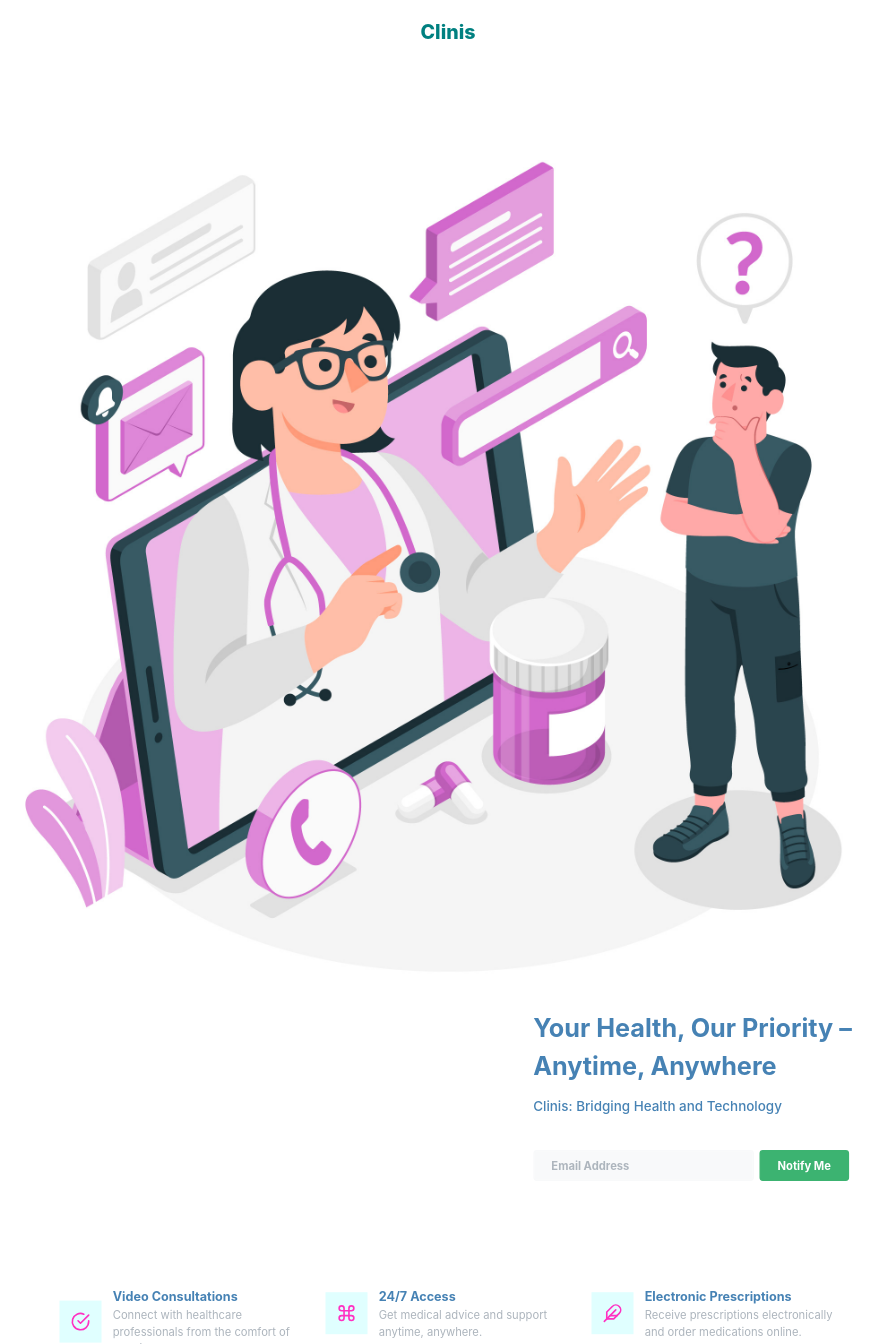
Repository: Rupak09/demo1
Page: index.html
The author's editor kept a copy of each file at every save. The page is drawn from the files as they stood at one save, then again after the next save.
The browser window is 1280 px wide. The pictures show the part of the page from y = 0 to 1920 px (the page is 2623 px tall before and 1373 px after), at 70% of full size.
Some web fonts or font styles are not loaded; a fallback is used. Some web libraries are served in a nearby version.

Above is the page before, as saved 2024-12-28 14:24:29.

After the next save:
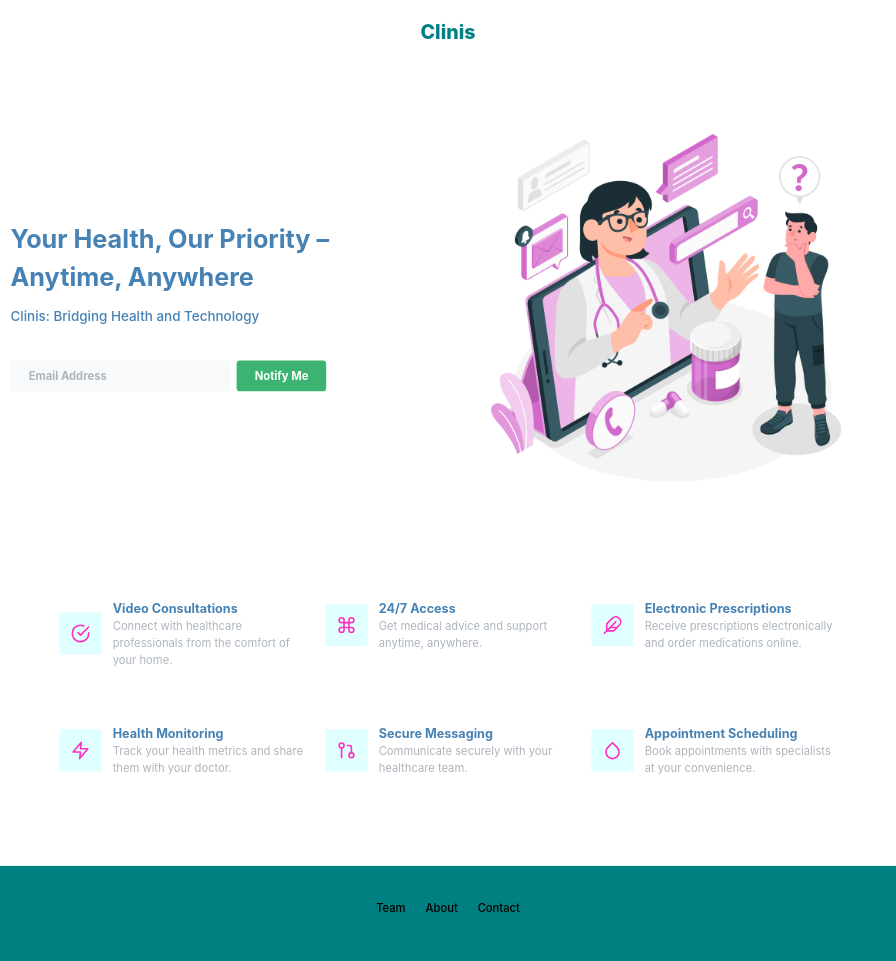
Saved 2 min 16 s later.
--- a/index.html
+++ b/index.html
@@ -47,6 +47,21 @@
         a:hover {
             color: #20b2aa; /* Light Sea Green */
         }
+        @media (max-width: 768px) {
+            h1 {
+                font-size: 1.8rem;
+            }
+            .lead {
+                font-size: 1rem;
+            }
+            .form-inline {
+                flex-direction: column;
+            }
+            .form-inline .form-group, .form-inline .btn-primary {
+                width: 100%;
+                margin-bottom: 0.5rem;
+            }
+        }
     </style>
 </head>
 <body>
@@ -60,21 +75,21 @@
             </div>
         </div>
         <div class="row mt-6">
-            <div class="col-md-5 ml-md-auto my-md-auto order-2 order-md-1">
+            <div class="col-md-6 order-2 order-md-1 my-auto">
                 <h1>Your Health, Our Priority – Anytime, Anywhere</h1>
                 <p class="lead mb-5">
                     Clinis: Bridging Health and Technology
                 </p>
                 <form class="form-inline">
-                    <div class="form-group mr-2 mb-2">
+                    <div class="form-group mr-md-2 mb-2 mb-md-0">
                         <label for="email" class="sr-only">Email</label>
                         <input type="email" class="form-control" id="email" placeholder="Email Address">
                     </div>
-                    <button type="submit" class="btn btn-primary mb-2">Notify Me</button>
+                    <button type="submit" class="btn btn-primary">Notify Me</button>
                 </form>
             </div>
-            <!-- <div class="col-md-6 my-md-auto pb-5 pb-md-0 order-1 order-md-2"> -->
-                <img alt="Mockup" class="img-fluid d-block mx-auto" src="img/mockup.jpg"/>
+            <div class="col-md-6 order-1 order-md-2">
+                <img alt="Mockup" class="img-fluid mx-auto d-block" src="img/mockup.jpg" style="max-width: 90%;">
             </div>
         </div>
     </div>
@@ -161,21 +176,6 @@
                         <div class="sub-title">Book appointments with specialists at your convenience.</div>
                     </div>
                 </div>
-            </div>
-        </div>
-    </div>
-</section>
-
-<!-- Used By Section -->
-<section class="pt-5 pb-7">
-    <div class="container">
-        <div class="row">
-            <div class="col-md-8 mx-auto text-center">
-                <h2>COMING SOON..</h2>
-                <!-- <p class="lead text-muted">Clinis is used by individuals and families for all their telemedicine needs.</p>
-                <div class="mt-5 d-flex flex-row justify-content-md-between flex-wrap press-icons">
-                    <img src="https://logo.clearbit.com/google.com?size=60" alt=""/>
-                   -->  </div>
             </div>
         </div>
     </div>
@@ -193,9 +193,6 @@
                 </ul>
             </div>
         </div>
-        <div class="row my-2">
-
-        </div>
     </div>
 </footer>
 
